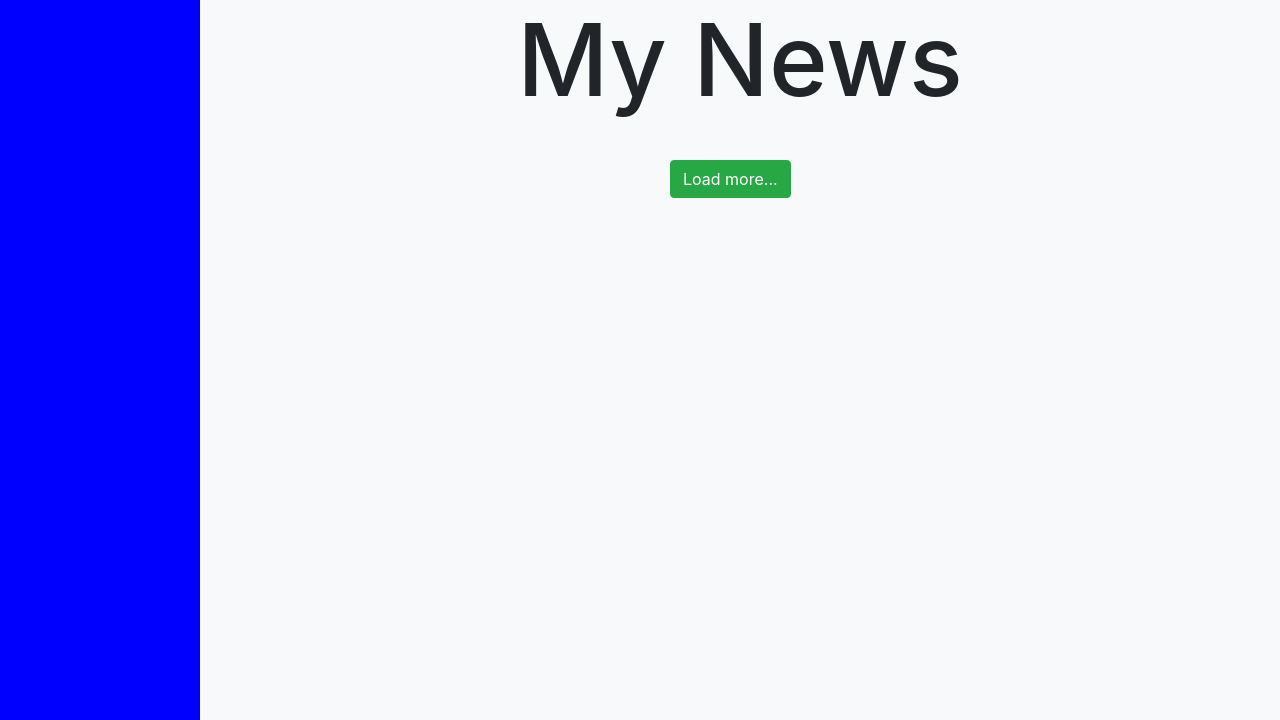
Repository: tts2610/GoogleNews
Page: index.html
These files come from the project's save history. The page is drawn as it stood at one moment and after the next save; the edit follows.
The browser window is 1280 px wide. The pictures show the whole page.
The page's requests for data from a server got no answer.

Above is the page before, as saved 2020-05-20 15:38:42.

After the next save:
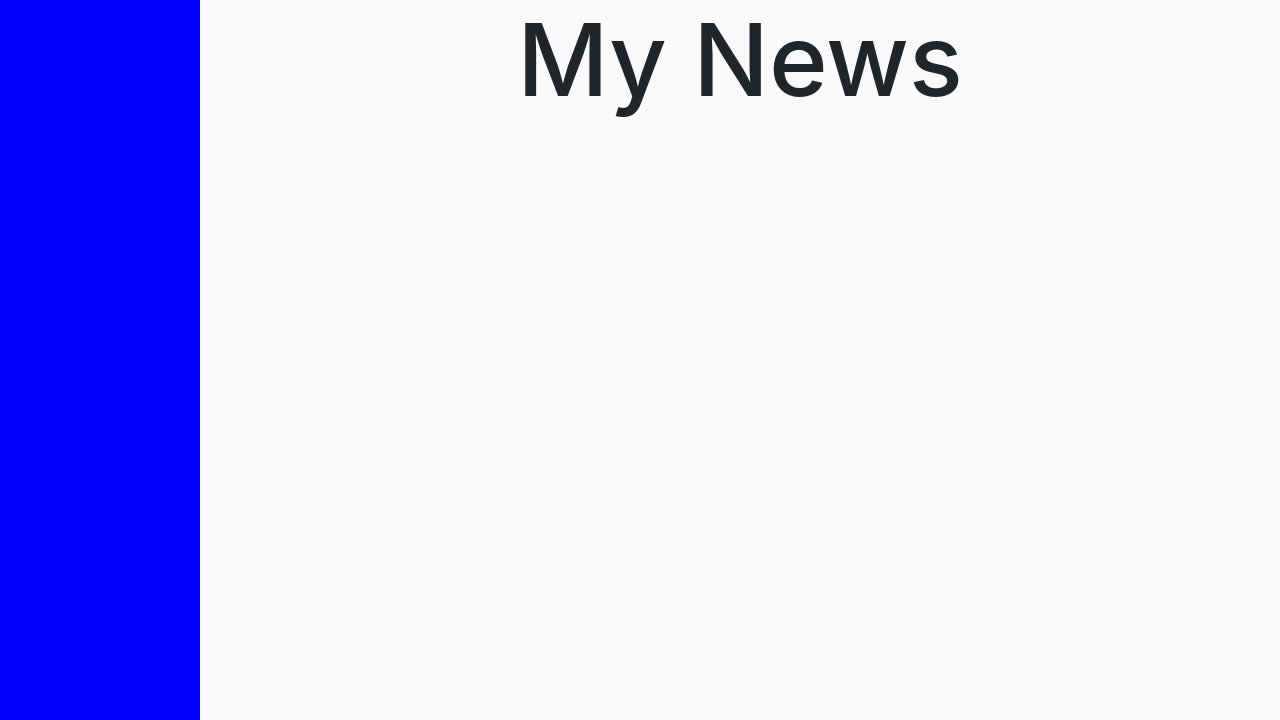
Saved 13 s later.
--- a/index.html
+++ b/index.html
@@ -86,7 +86,7 @@
                     </div>
                 </div>
             </div> -->
-            <button type="button" id="loadMoreBtn" class="btn btn-success my-3" style="margin-left: 470px;">Load more...</button>
+            <!-- <button type="button" id="loadMoreBtn" class="btn btn-success my-3" style="margin-left: 470px;">Load more...</button> -->
             <!-- <div class="row">
                 <div class="col-4 d-flex">
                     <div class="blog-entry-left">
